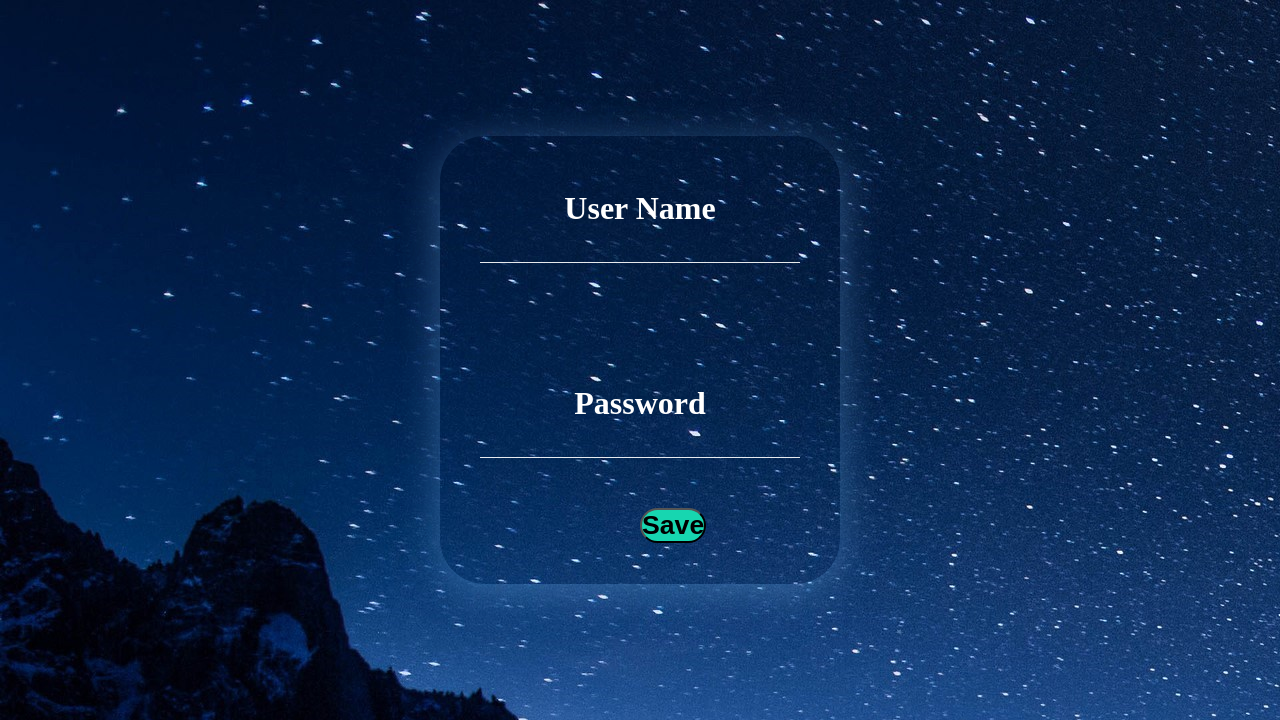
Repository: rkrukshan/Glass_Login_CSS
Page: login.html
An editor plug-in stored every save of this project. The page is shown before and after a run of saves, followed by the edit.
The browser window is 1280 px wide. The pictures show the whole page.

Above is the page before, as saved 2023-10-03 20:27:25.

After the next 3 saves:
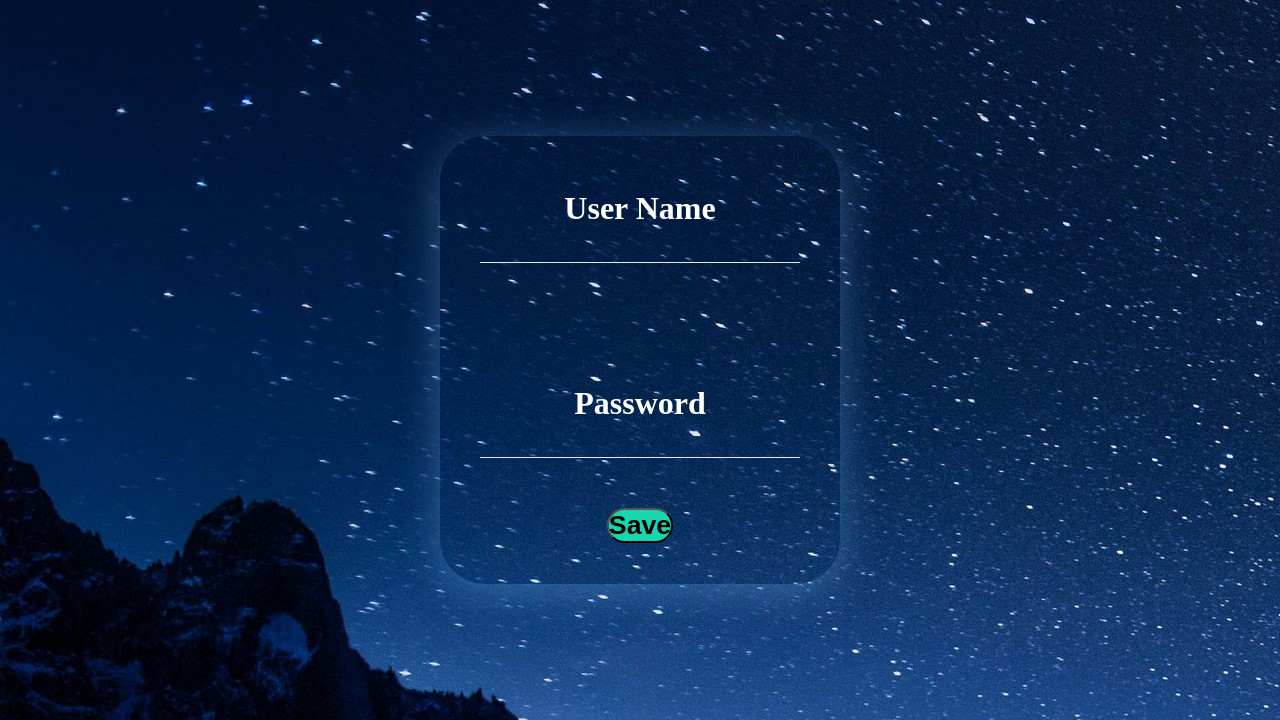
The 3 saves are shown as one change because they came seconds apart.
The last was saved 10 s later.
--- a/login.html
+++ b/login.html
@@ -41,8 +41,6 @@
 
         button {
             background-color: rgb(23, 214, 176);
-            position: absolute;
-            align-items: center;
             border-radius: 50px;
 
         }
